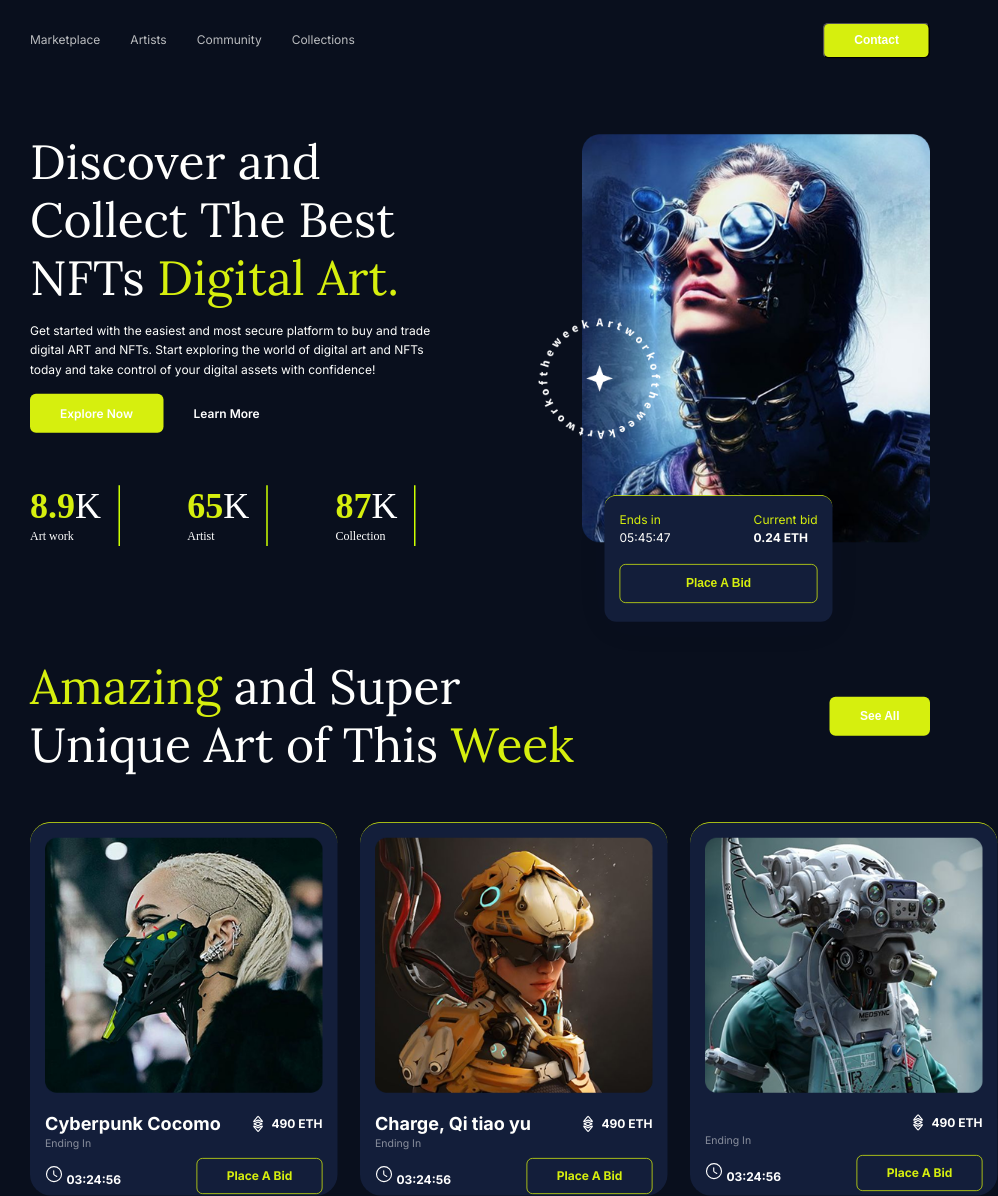
Repository: Kamron5505/NftMarketplace
Page: index.html
An editor plug-in stored every save of this project. The page is shown before and after the next save, followed by the edit.
The browser window is 1280 px wide. The page is 1330 px wide, so the pictures cover 1330 px, including what lies to the right of the window. The pictures show the whole page, at 75% of full size.

Above is the page before, as saved 2025-07-09 14:54:02.

### index.html
<!DOCTYPE html>
<html lang="en">

<head>
    <meta charset="UTF-8">
    <meta name="viewport" content="width=device-width, initial-scale=1.0">
    <title>NFTMarketplace Landing</title>
    <link rel="stylesheet" href="./style.css">
    <link
        href="https://fonts.googleapis.com/css2?family=Inter:wght@400;600;700&family=Source+Sans+Pro:wght@400;600;700&family=Lora:wght@400;700&display=swap"
        rel="stylesheet">

</head>

<body>
    <header class="header">
        <div class="container">
            <nav class="nav">
                <ul class="nav-list">
                    <li class="nav-item"><a href="#" class="nav-link">Marketplace</a></li>
                    <li class="nav-item"><a href="#" class="nav-link">Artists</a></li>
                    <li class="nav-item"><a href="#" class="nav-link">Community</a></li>
                    <li class="nav-item"><a href="#" class="nav-link">Collections</a></li>
                </ul>
                <button class="header-contact-btn">Contact</button>
            </nav>
        </div>
    </header>
    <main class="main">
        <section class="nft-section">
            <div class="container">
                <div class="nft-wrapper">
                    <div class="content-left">
                        <h1 class="title">
                            Discover and <br>
                            Collect The Best <br>
                            NFTs <span class="highlight"> Digital Art.</span>
                        </h1>

                        <p class="description">
                            Get started with the easiest and most secure platform to buy and trade digital ART and NFTs.
                            Start exploring the world of digital art and NFTs today and take control of your digital
                            assets with confidence!
                        </p>

                        <div class="buttons">
                            <a href="#" class="btn btn-primary">Explore Now</a>
                            <a href="#" class="btn btn-secondary">Learn More</a>
                        </div>

                        <div class="stats">
                            <div class="stat">
                                <div class="number">8.9<span class="note">K</span></div>
                                <div class="label">Art work</div>
                            </div>
                            <div class="stat">
                                <div class="number">65<span class="note">K</span></div>
                                <div class="label">Artist</div>
                            </div>
                            <div class="stat">
                                <div class="number">87<span class="note">K</span></div>
                                <div class="label">Collection</div>
                            </div>
                        </div>
                    </div>
                    <div class="content-right">
                        <div class="header-image">
                            <img src="./images/main-header-img.png" alt="NFT Image" class="hero-image">
                            <img src="./images/circle.png" alt="" class="circle-image">
                        </div>
                        <div class="nft-card">
                            <div class="nft-card__info">
                                <div class="nft-card__timer">
                                    <span class="value ">Ends in</span>
                                    <span class="nft-note">05:45:47</span>
                                </div>
                                <div class="nft-card__bid">
                                    <span class="value ">Current bid</span>
                                    <span class="nft-card__note">0.24 ETH</span>
                                </div>
                                <button href="#" class="nft-card__btn nft-card__btn--bid">Place A Bid</button>
                            </div>
                        </div>
                    </div>
                </div>
            </div>
        </section>
        <section class="art-section">
            <div class="container">
                <div class="art-section__header">
                    <h2 class="art-section__title">
                        <span class="text-highlight">Amazing</span>
                        and Super <br>
                        Unique Art of This
                        <span class="text-highlight">Week</span>
                    </h2>
                    <button href="#" class="art-section__btn-view-all">See All</button>
                </div>
                <div class="art-section__cards">
                    <div class="art-card">
                        <img src="./images/Cyberpunk Cocomo 490ETH.png" alt="Cyberpunk Cocomo"
                            class="art-card__image" />
                        <div class="art-card-name">
                            <h3 class="art-card__title">Cyberpunk Cocomo</h3>

                            <div class="art-card-price-wrapper">
                                <svg width="24" height="25" viewBox="0 0 24 25" fill="none"
                                    xmlns="http://www.w3.org/2000/svg">
                                    <path
                                        d="M6.90001 9.6L11.7 7.5C11.9 7.4 12.1 7.4 12.4 7.5L17.2 9.6C17.6 9.8 18 9.3 17.7 8.9L12.7 2.8C12.4 2.4 11.8 2.4 11.5 2.8L6.50001 8.9C6.10001 9.3 6.50001 9.8 6.90001 9.6Z"
                                        stroke="white" stroke-width="1.5" stroke-miterlimit="10" stroke-linecap="round"
                                        stroke-linejoin="round" />
                                    <path
                                        d="M6.90001 15.4L11.7 17.5C11.9 17.6 12.1 17.6 12.4 17.5L17.2 15.4C17.6 15.2 18 15.7 17.7 16.1L12.7 22.2C12.4 22.6 11.8 22.6 11.5 22.2L6.50001 16.1C6.10001 15.7 6.50001 15.2 6.90001 15.4Z"
                                        stroke="white" stroke-width="1.5" stroke-miterlimit="10" stroke-linecap="round"
                                        stroke-linejoin="round" />
                                    <path d="M12 9.90002L6.79999 12.5L12 15.1L17.2 12.5L12 9.90002Z" stroke="white"
                                        stroke-width="1.5" stroke-miterlimit="10" stroke-linecap="round"
                                        stroke-linejoin="round" />
                                </svg>
                                <p class="art-card__price">490 ETH</p>
                            </div>
                        </div>

                        <div class="art-card__info">
                            <div class="art-card__time">
                                <p class="art-card__time__ending">Ending In</p>
                                <div class="art-card__time-row">
                                    <div>
                                        <i class="icon-clock">
                                            <svg width="24" height="25" viewBox="0 0 24 25" fill="none"
                                                xmlns="http://www.w3.org/2000/svg">
                                                <path
                                                    d="M22 12.5C22 18.02 17.52 22.5 12 22.5C6.48 22.5 2 18.02 2 12.5C2 6.98 6.48 2.5 12 2.5C17.52 2.5 22 6.98 22 12.5Z"
                                                    stroke="white" stroke-width="1.5" stroke-linecap="round"
                                                    stroke-linejoin="round" />
                                                <path
                                                    d="M15.71 15.68L12.61 13.83C12.07 13.51 11.63 12.74 11.63 12.11V8.01001"
                                                    stroke="white" stroke-width="1.5" stroke-linecap="round"
                                                    stroke-linejoin="round" />
                                            </svg>
                                        </i>
                                        <span class="art-card__time-text">03:24:56</span>
                                    </div>

                                    <button class="art-card__btn-bid">Place A Bid</button>
                                </div>
                            </div>
                        </div>



                    </div>
                    <div class="art-card">
                        <img src="./images/Charge, Qi tiao yu.png" alt="Cyberpunk Cocomo" class="art-card__image" />
                        <div class="art-card-name">
                            <h3 class="art-card__title">Charge, Qi tiao yu</h3>

                            <div class="art-card-price-wrapper">
                                <svg width="24" height="25" viewBox="0 0 24 25" fill="none"
                                    xmlns="http://www.w3.org/2000/svg">
                                    <path
                                        d="M6.90001 9.6L11.7 7.5C11.9 7.4 12.1 7.4 12.4 7.5L17.2 9.6C17.6 9.8 18 9.3 17.7 8.9L12.7 2.8C12.4 2.4 11.8 2.4 11.5 2.8L6.50001 8.9C6.10001 9.3 6.50001 9.8 6.90001 9.6Z"
                                        stroke="white" stroke-width="1.5" stroke-miterlimit="10" stroke-linecap="round"
                                        stroke-linejoin="round" />
                                    <path
                                        d="M6.90001 15.4L11.7 17.5C11.9 17.6 12.1 17.6 12.4 17.5L17.2 15.4C17.6 15.2 18 15.7 17.7 16.1L12.7 22.2C12.4 22.6 11.8 22.6 11.5 22.2L6.50001 16.1C6.10001 15.7 6.50001 15.2 6.90001 15.4Z"
                                        stroke="white" stroke-width="1.5" stroke-miterlimit="10" stroke-linecap="round"
                                        stroke-linejoin="round" />
                                    <path d="M12 9.90002L6.79999 12.5L12 15.1L17.2 12.5L12 9.90002Z" stroke="white"
                                        stroke-width="1.5" stroke-miterlimit="10" stroke-linecap="round"
                                        stroke-linejoin="round" />
                                </svg>
                                <p class="art-card__price">490 ETH</p>
                            </div>
                        </div>

                        <div class="art-card__info">
                            <div class="art-card__time">
                                <p class="art-card__time__ending">Ending In</p>
                                <div class="art-card__time-row">
                                    <div>
                                        <i class="icon-clock">
                                            <svg width="24" height="25" viewBox="0 0 24 25" fill="none"
                                                xmlns="http://www.w3.org/2000/svg">
                                                <path
                                                    d="M22 12.5C22 18.02 17.52 22.5 12 22.5C6.48 22.5 2 18.02 2 12.5C2 6.98 6.48 2.5 12 2.5C17.52 2.5 22 6.98 22 12.5Z"
                                                    stroke="white" stroke-width="1.5" stroke-linecap="round"
                                                    stroke-linejoin="round" />
                                                <path
                                                    d="M15.71 15.68L12.61 13.83C12.07 13.51 11.63 12.74 11.63 12.11V8.01001"
                                                    stroke="white" stroke-width="1.5" stroke-linecap="round"
                                                    stroke-linejoin="round" />
                                            </svg>
                                        </i>
                                        <span class="art-card__time-text">03:24:56</span>
                                    </div>

                                    <button class="art-card__btn-bid">Place A Bid</button>
                                </div>
                            </div>
                        </div>
                    </div>
                    <div class="art-card">
                        <img src="./images/Surgeon, Josh Rife.png" alt="Cyberpunk Cocomo" class="art-card__image" />
                        <div class="art-card-name">
                            <h3 class="art-card__title"></h3>

                            <div class="art-card-price-wrapper">
                                <svg width="24" height="25" viewBox="0 0 24 25" fill="none"
                                    xmlns="http://www.w3.org/2000/svg">
                                    <path
                                        d="M6.90001 9.6L11.7 7.5C11.9 7.4 12.1 7.4 12.4 7.5L17.2 9.6C17.6 9.8 18 9.3 17.7 8.9L12.7 2.8C12.4 2.4 11.8 2.4 11.5 2.8L6.50001 8.9C6.10001 9.3 6.50001 9.8 6.90001 9.6Z"
                                        stroke="white" stroke-width="1.5" stroke-miterlimit="10" stroke-linecap="round"
                                        stroke-linejoin="round" />
                                    <path
                                        d="M6.90001 15.4L11.7 17.5C11.9 17.6 12.1 17.6 12.4 17.5L17.2 15.4C17.6 15.2 18 15.7 17.7 16.1L12.7 22.2C12.4 22.6 11.8 22.6 11.5 22.2L6.50001 16.1C6.10001 15.7 6.50001 15.2 6.90001 15.4Z"
                                        stroke="white" stroke-width="1.5" stroke-miterlimit="10" stroke-linecap="round"
                                        stroke-linejoin="round" />
                                    <path d="M12 9.90002L6.79999 12.5L12 15.1L17.2 12.5L12 9.90002Z" stroke="white"
                                        stroke-width="1.5" stroke-miterlimit="10" stroke-linecap="round"
                                        stroke-linejoin="round" />
                                </svg>
                                <p class="art-card__price">490 ETH</p>
                            </div>
                        </div>

                        <div class="art-card__info">
                            <div class="art-card__time">
                                <p class="art-card__time__ending">Ending In</p>
                                <div class="art-card__time-row">
                                    <div>
                                        <i class="icon-clock">
                                            <svg width="24" height="25" viewBox="0 0 24 25" fill="none"
                                                xmlns="http://www.w3.org/2000/svg">
                                                <path
                                                    d="M22 12.5C22 18.02 17.52 22.5 12 22.5C6.48 22.5 2 18.02 2 12.5C2 6.98 6.48 2.5 12 2.5C17.52 2.5 22 6.98 22 12.5Z"
                                                    stroke="white" stroke-width="1.5" stroke-linecap="round"
                                                    stroke-linejoin="round" />
                                                <path
                                                    d="M15.71 15.68L12.61 13.83C12.07 13.51 11.63 12.74 11.63 12.11V8.01001"
                                                    stroke="white" stroke-width="1.5" stroke-linecap="round"
                                                    stroke-linejoin="round" />
                                            </svg>
                                        </i>
                                        <span class="art-card__time-text">03:24:56</span>
                                    </div>

                                    <button class="art-card__btn-bid">Place A Bid</button>
                                </div>
                            </div>
                        </div>



                    </div>
                </div>

            </div>
        </section>
    </main>
</body>

</html>

### style.css
* {
    margin: 0;
    padding: 0;
    text-decoration: none;
    list-style: none;
    box-sizing: border-box;
}


body {
    background: #090f1d;
    color: #fffffd;
}

:root {
    --font-family: "Inter", sans-serif;
    --second-family: "Source Sans Pro", sans-serif;
    --third-family: "Lora", serif;
}

h1,
h2,
h3,
h4,
h5,
h6 {
    font-family: "Lora", serif;
    font-weight: 500;
    font-size: 64px;
    line-height: 120%;
    color: #fffffd;
}

.highlight {
    color: #d6ef0e;
}

.header {
    margin-top: 30px;
    font-family: "Inter", sans-serif;
}

.container {
    width: 1200px;
    margin: 0 auto;
}

.nav {
    display: flex;
    align-items: center;
    justify-content: space-between;
}

.nav-list {
    display: flex;
    gap: 40px;
}

.nav-link {
    font-weight: 400;
    font-size: 16px;
    line-height: 160%;
    color: rgba(255, 255, 253, 0.72);
}

.nav-link:hover {
    border-bottom: 1px solid #d6ef0e;
    width: 94px;
    height: 26px;
    transition: all 0.3s ease;
}

.header-contact-btn {
    background: #d6ef0e;
    border-radius: 8px;
    padding: 12px 40px;
    width: 143px;
    height: 48px;
    font-weight: 700;
    font-size: 16px;
    line-height: 120%;
    color: #fff;
}

.nft-section {
    margin-top: 100px;
}

.nft-wrapper {
    display: flex;
    align-items: center;
    justify-content: space-between;
}

.description {
    font-family: "Inter", sans-serif;
    font-weight: 400;
    font-size: 16px;
    width: 544px;
    line-height: 160%;
    color: #fffffd;
    margin-top: 20px;
}

.buttons {
    display: flex;
    gap: 40px;
    align-items: center;
    margin-top: 20px;
}

.btn {
    font-family: "Inter", sans-serif;
    font-weight: 600;
    font-size: 16px;
    color: #fff;
}

.btn-primary {
    display: flex;
    align-items: center;
    line-height: 120%;
    border-radius: 8px;
    padding: 12px 40px;
    width: 178px;
    height: 52px;
    background: #d6ef0e;
}

.stats {
    display: flex;
    gap: 90px;
    margin-top: 70px;
    color: white;
}

.stat {
    display: flex;
    flex-direction: column;
    position: relative;
    padding-right: 25px;
}

.stat::after {
    content: "";
    position: absolute;
    top: 0;
    bottom: 0;
    right: 0;
    width: 2px;
    background-color: #ccff00;
}

.stat:last-child {
    padding-right: 24px;
}

.number {
    font-family: ;
    font-size: 48px;
    font-weight: bold;
    color: #d6ef0e;
}

.note {
    font-weight: normal;
    color: white;
}

@keyframes spin {
    from {
        transform: rotate(0deg);
    }

    to {
        transform: rotate(360deg);
    }
}

.circle-image {
    position: absolute;
    right: 355px;
    top: 240px;
    animation: spin 20s linear infinite;
}

.label {
    font-weight: 400;
    font-size: 16px;
    line-height: 160%;
    color: white;
}

.header-image {
    position: relative;
}

.circle-image {
    position: absolute;
    right: 355px;
    top: 240px;
}

.nft-card {
    position: absolute;
    top: 660px;
    right: 170px;
    border-top: 1px solid #d6ef0e;
    border-radius: 16px;
    padding: 20px;
    width: 304px;
    height: 169px;
    box-shadow: 0 9px 50px 0 rgba(23, 36, 65, 0.04);
    background: #131e3a;
}

.nft-card__info {
    display: flex;
    flex-wrap: wrap;
    justify-content: space-between;
    font-family: "Inter", sans-serif;

}

.nft-card__timer,
.nft-card__bid {
    display: flex;
    flex-direction: column;
}

.value {
    font-weight: 400;
    font-size: 16px;
    line-height: 160%;
    color: #d6ef0e;
}

.nft-card__note {
    font-weight: 700;
    font-size: 16px;
    line-height: 120%;
    color: #fffffd;
}

.nft-card__btn {
    border: 1px solid #d6ef0e;
    border-radius: 8px;
    padding: 12px 40px;
    width: 264px;
    background: transparent;
    height: 52px;
    margin-top: 25px;
    font-weight: 700;
    font-size: 16px;
    line-height: 120%;
    color: #d6ef0e;
}

.art-section {
    margin-top: 150px;
    font-family: "Inter", sans-serif;

}

.art-section__header {
    display: flex;
    justify-content: space-between;
    align-items: center;
}


.text-highlight {
    color: #d6ef0e;

}

.art-section__btn-view-all {
    font-weight: 700;
    font-size: 16px;
    line-height: 120%;
    color: #fff;
    border-radius: 8px;
    padding: 12px 40px;
    width: 134px;
    height: 52px;
    background: #d6ef0e;
    border: none;
}

.art-section__cards {
    margin-top: 65px;
    display: flex;
    align-items: center;
    gap: 30px;
}

.art-card-price-wrapper {
    display: flex;
    align-items: center;
    gap: 6px;
}

.art-card {
    border-top: 1px solid #d6ef0e;
    border-radius: 28px;
    padding: 20px;
    width: 410px;
    height: 498px;
    background: #131e3a;
}

.art-card__time__ending {
    font-weight: 400;
    font-size: 14px;
    line-height: 160%;
    color: #838382;
}

.art-card__time-value {
    display: flex;
    align-items: center;
    gap: 6px;
    /* или 0, если без отступа */
}

.art-card__time-value span {
    font-family: "Inter", sans-serif;
    font-size: 16px;
    font-weight: 600;
    color: #fffffd;
}

.art-card__time-row {
    display: flex;
    align-items: center;
    margin-top: 8px;
    justify-content: space-between;
}

.art-card__time-row {
    display: flex;
    align-items: center;
    gap: 14px;
    margin-top: 8px;
}

.art-card__time__ending {
    font-size: 14px;
    color: rgba(255, 255, 255, 0.5);
    font-family: "Inter", sans-serif;
    margin-bottom: 4px;
}

.art-card__time-text {
    font-size: 16px;
    font-weight: 700;
    color: white;
    margin-bottom: 30px;
    font-family: "Inter", sans-serif;
}

.art-card__btn-bid {
    font-size: 16px;
    font-weight: 600;
    padding: 10px 24px;
    border: 1px solid #d6ef0e;
    text-align: center;
    display: flex;
    color: #d6ef0e;
    background: transparent;
    border-radius: 10px;
    font-family: "Inter", sans-serif;
    cursor: pointer;
    transition: all 0.3s ease;
}

.art-card__btn-bid {
    /* уже есть */
    display: flex;
    align-items: center;
    /* вертикальное выравнивание */
    justify-content: center;
    /* горизонтальное выравнивание */
    white-space: nowrap;
    /* запрещает перенос строки */
}


.art-card__btn-bid:hover {
    background-color: orange;
    color: black;
}


.art-card__btn-bid {
    font-family: "Inter", sans-serif;
    font-weight: 700;
    font-size: 16px;
    line-height: 120%;
    color: #fffffd;
    border-radius: 8px;
    padding: 12px 24px;
    background: #d6ef0e;
    border: none;
    cursor: pointer;
    transition: background 0.3s ease;
}

.art-card__btn-bid:hover {
    background: #c4dd00;
}


.art-card-name {
    display: flex;
    align-items: center;
    justify-content: space-between;
    padding-top: 23px;

}

.art-card__title {
    font-family: "Inter", sans-serif;
    font-weight: 700;
    font-size: 24px;
    line-height: 120%;
    color: #fffffd;
}

.art-card__info {}

.art-card__time {}


.art-card__price {
    font-family: "Inter", sans-serif;
    font-weight: 700;
    font-size: 16px;
    line-height: 120%;
    color: #fffffd;
}

.art-card__btn-bid {
    font-family: "Inter", sans-serif;
    border: 1px solid #d6ef0e;
    background: transparent;
    border-radius: 8px;
    padding: 12px 40px;
    width: 168px;
    height: 48px;
    font-weight: 700;
    font-size: 16px;
    line-height: 120%;
    color: #d6ef0e;
}

After the next save:
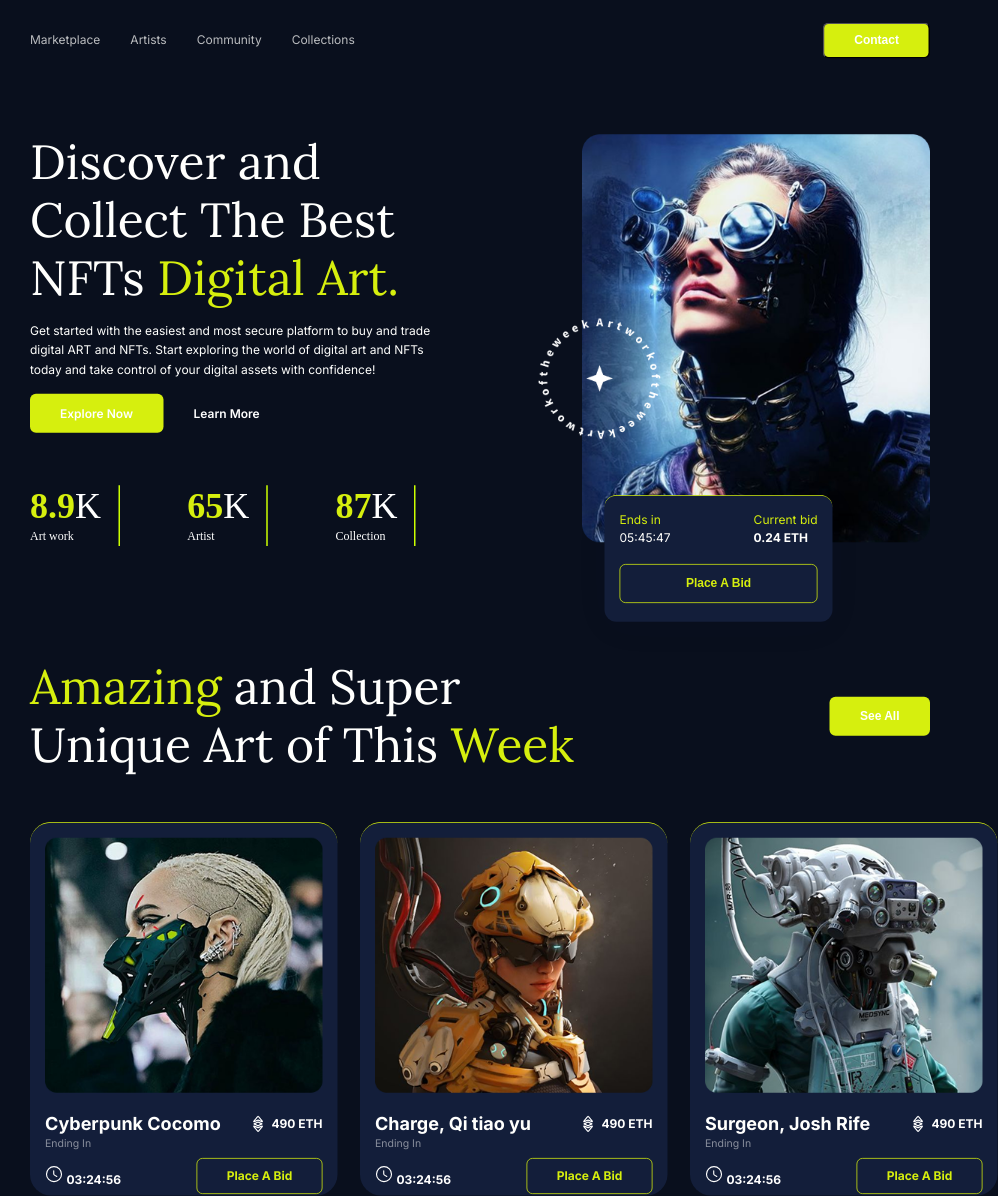
Saved 5 s later.
--- a/index.html
+++ b/index.html
@@ -204,7 +204,7 @@
                     <div class="art-card">
                         <img src="./images/Surgeon, Josh Rife.png" alt="Cyberpunk Cocomo" class="art-card__image" />
                         <div class="art-card-name">
-                            <h3 class="art-card__title"></h3>
+                            <h3 class="art-card__title">Surgeon, Josh Rife</h3>
 
                             <div class="art-card-price-wrapper">
                                 <svg width="24" height="25" viewBox="0 0 24 25" fill="none"
